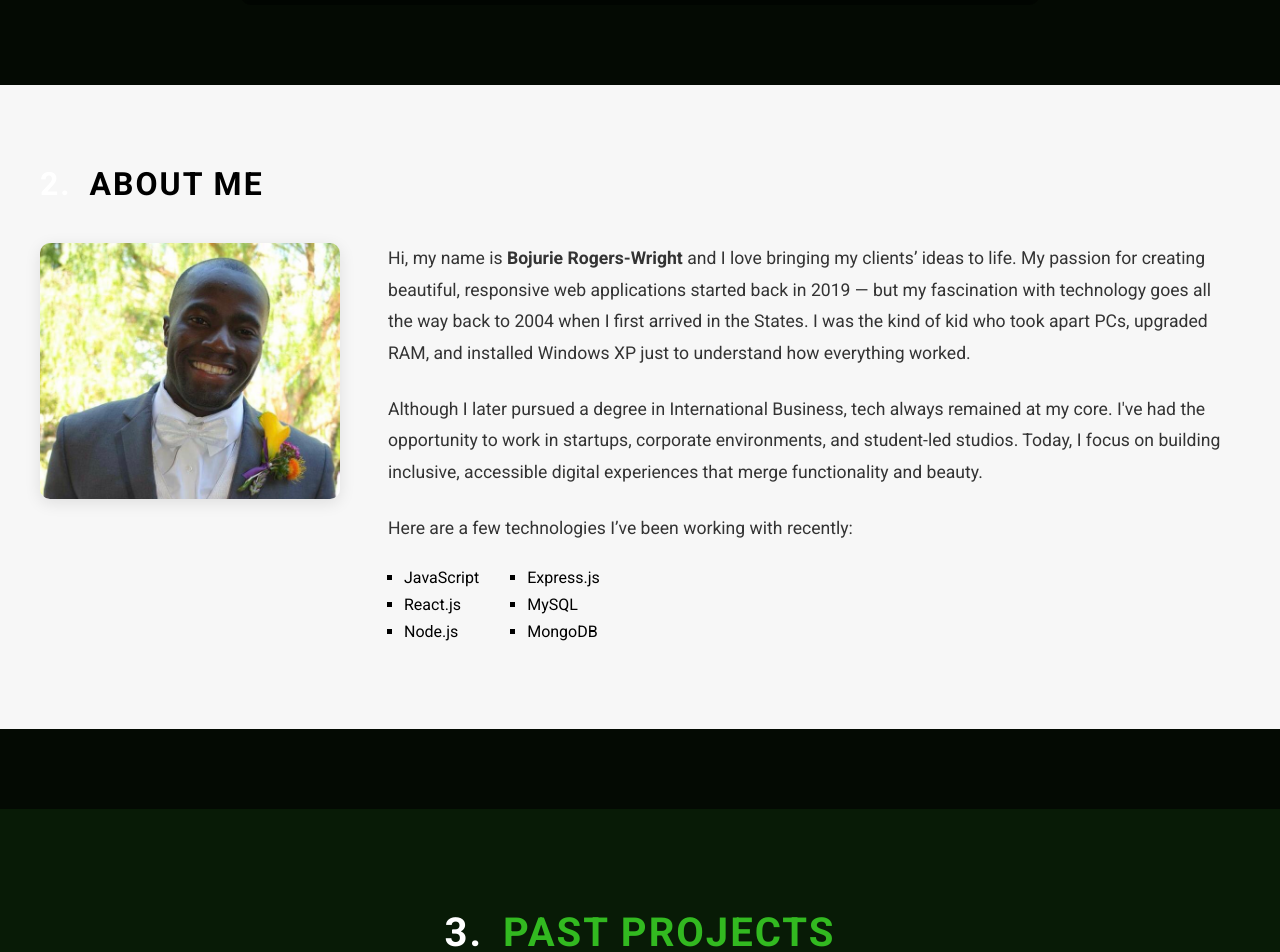
Repository: Bojurie/Portfolio_2022
Page: /
The author's editor kept a copy of each file at every save. The page is drawn from the files as they stood at one save, then again after the next save.
The browser window is 1280 px wide. The pictures show the part of the page from y = 425 to 1377 px (the page is 3261 px tall before and 3229 px after).
Pictures or frames that could not be fetched are drawn as grey boxes. The project was rebuilt for these pictures with package versions that can differ from the ones it lists, and the page was loaded fresh each time. Also part of the build but not shown: src/component/pages/Resume.css, src/component/pages/Resume.js. Imported but missing from the stored project, and not drawn on this page: src/component/Resume.pdf, src/component/images/video.mp4, src/component/videos/Screen Recording 2022-04-01 at 8.22.57 PM.mov, src/component/videos/Screen Recording 2022-04-01 at 8.23.25 PM.mov, src/component/videos/Screen Recording 2022-04-01 at 8.25.20 PM.mov, src/component/videos/Screen Recording 2022-04-01 at 8.27.28 PM.mov, src/component/videos/Screen Recording 2022-04-01 at 8.28.35 PM.mov, src/component/videos/Screen Recording 2022-04-01 at 8.30.37 PM.mov and 3 more.

Above is the page before, as saved 2025-04-21 01:58:32.

After the next save:
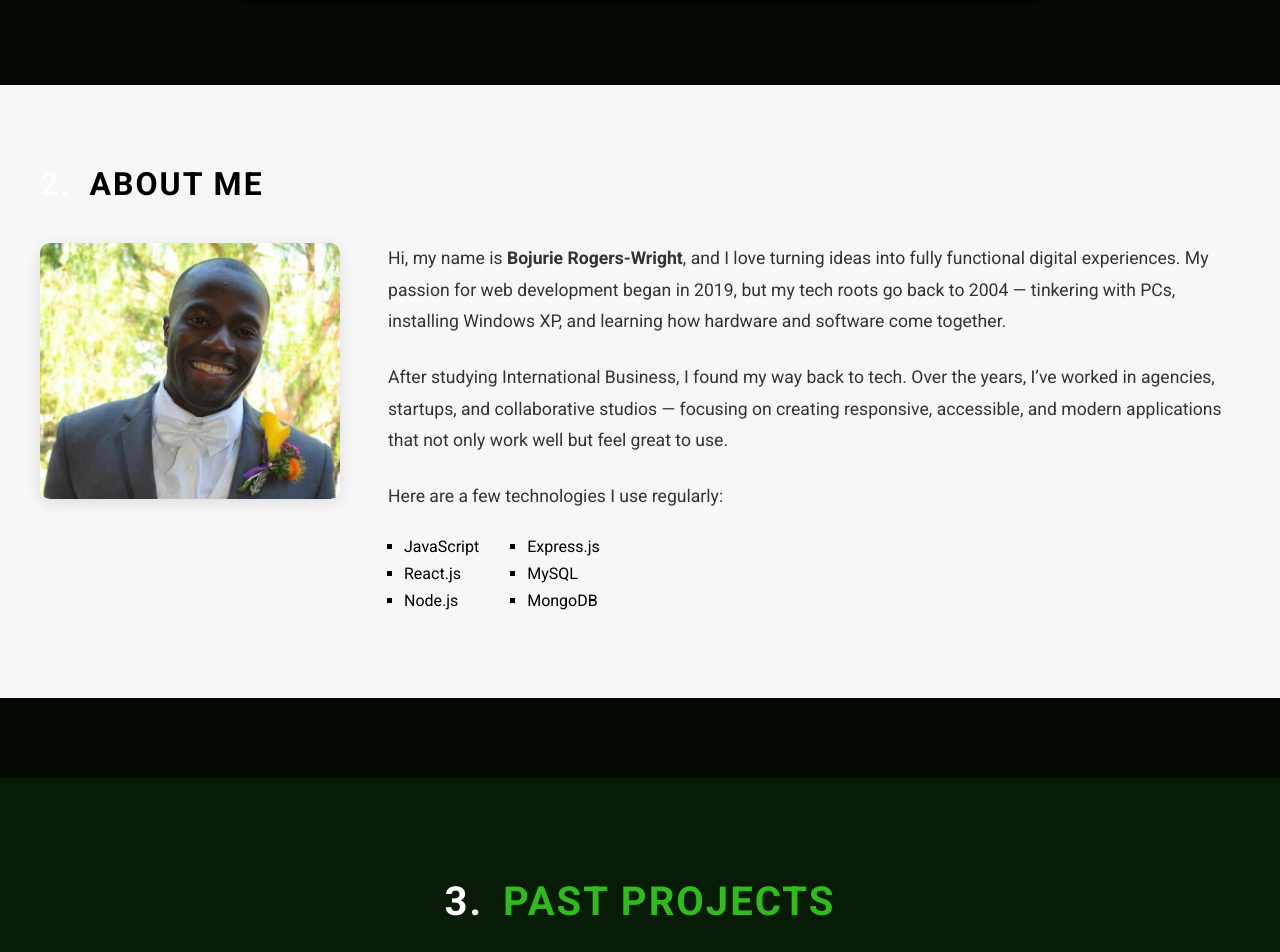
Saved 2 min 4 s later.
--- a/src/component/pages/About.js
+++ b/src/component/pages/About.js
@@ -12,29 +12,27 @@ const About = () => {
 
         <div className="about-content">
           <div className="about-image">
-            <img src={image} alt="Bojurie profile" />
+            <img src={image} alt="Bojurie Rogers-Wright profile" />
           </div>
 
           <div className="about-text">
             <p>
-              Hi, my name is <strong>Bojurie Rogers-Wright</strong> and I love
-              bringing my clients’ ideas to life. My passion for creating
-              beautiful, responsive web applications started back in 2019 — but
-              my fascination with technology goes all the way back to 2004 when
-              I first arrived in the States. I was the kind of kid who took
-              apart PCs, upgraded RAM, and installed Windows XP just to
-              understand how everything worked.
+              Hi, my name is <strong>Bojurie Rogers-Wright</strong>, and I love
+              turning ideas into fully functional digital experiences. My
+              passion for web development began in 2019, but my tech roots go
+              back to 2004 — tinkering with PCs, installing Windows XP, and
+              learning how hardware and software come together.
             </p>
 
             <p>
-              Although I later pursued a degree in International Business, tech
-              always remained at my core. I've had the opportunity to work in
-              startups, corporate environments, and student-led studios. Today,
-              I focus on building inclusive, accessible digital experiences that
-              merge functionality and beauty.
+              After studying International Business, I found my way back to
+              tech. Over the years, I’ve worked in agencies, startups, and
+              collaborative studios — focusing on creating responsive,
+              accessible, and modern applications that not only work well but
+              feel great to use.
             </p>
 
-            <p>Here are a few technologies I’ve been working with recently:</p>
+            <p>Here are a few technologies I use regularly:</p>
 
             <div className="about-skills">
               <ul>
